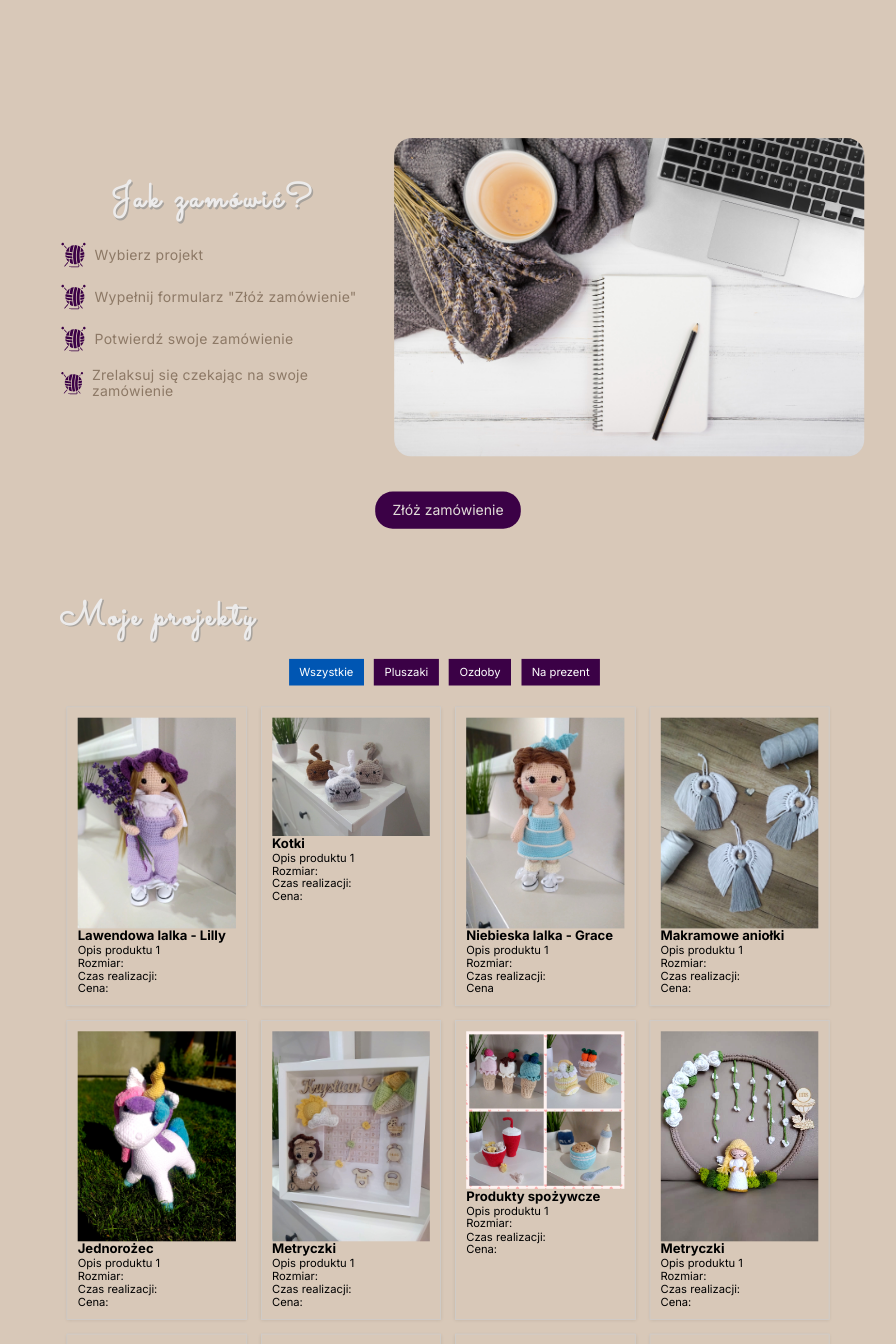
Repository: KlaudiaK0205/Craftoszet
Page: index.html
These files come from the project's save history. The page is drawn as it stood at one moment and after a run of saves; the edit follows.
The browser window is 1280 px wide. The pictures show the part of the page from y = 1585 to 3505 px (the page is 6056 px tall), at 70% of full size.
The pointer rests on the first visible `.filter-btn`.
Some web libraries are served in a nearby version. The style sheet was rebuilt from its Sass, Less or Tailwind sources for each picture, by a compiler version that may differ from the author's.

Above is the page before, as saved 2024-10-06 15:07:38.

### index.html
<!DOCTYPE html>
<html lang="en">
<head>
    <meta charset="UTF-8">
    <meta name="viewport" content="width=device-width, initial-scale=1.0">
    <title>Craftoszet</title>
    <!-- FAVICON -->
    <link rel="icon" href="./images/favicon.ico" type="image/x-icon">
    <link rel="icon" siezes="16x16" href="./images/favicon-16x16.png" type="image/png">
    <link rel="icon" siezes="32x32" href="./images/favicon-32x32.png" type="image/png">
    <!-- GOOGLE FONTS -->
    <link rel="preconnect" href="https://fonts.googleapis.com">
    <link rel="preconnect" href="https://fonts.gstatic.com" crossorigin>
    <link href="https://fonts.googleapis.com/css2?family=Inter:ital,opsz,wght@0,14..32,100..900;1,14..32,100..900&family=Sacramento&display=swap" rel="stylesheet">
    <!-- MODERN NORMALIZE -->
    <link rel="stylesheet" href="https://cdn.jsdelivr.net/npm/modern-normalize@3.0.1/modern-normalize.min.css">
    <!-- ANIMATE-->
    <link rel="stylesheet" href="https://cdnjs.cloudflare.com/ajax/libs/animate.css/4.1.1/animate.min.css"/>
    <!-- STYLES -->
    <link rel="stylesheet" href="./sass/main.css">
</head>
<body>
    <header>
        <div class="container">
            <div class="logo-box">
                <img class="logo-image" src="./images/logo.png" alt="a ball of wool">
            </div>
            <nav class="nav">
                <ul class="nav__list">
                    <li class="nav__list__item">
                        <a href="" class="nav__list__link">Home</a>
                    </li>
                    <li class="nav__list__item">
                        <a href="" class="nav__list__link">Czym się zajmuję?</a>
                    </li>
                    <li class="nav__list__item">
                        <a href="" class="nav__list__link">Jak zamówić?</a>
                    </li>
                    <li class="nav__list__item">
                        <a href="" class="nav__list__link">Moje projekty</a>
                    </li>
                </ul>
            </nav>

            <button class="orderBtn" type="button">Złóż zamówienie</button>
        </div>
    </header>

    <main>
        <section class="hero">
            <div class="container">
                <h1 class="hero__header">CRAFTOSZET</h1>
                <p class="hero__undertitle">Z pasji do włóczki – ręcznie tworzone z sercem</p>
                <button class="orderBtn" type="button">Złóż zamówienie</button>
            </div>
        </section>

        <section class="whatIDo">
            <div class="container">
                    <div class="whatIDo-images">
                        <img class="whatIDo-image" src="./images/projekty/fioletowa lalka.jpg" alt="fioletowa lalka z włóczki">
                        <img class="whatIDo-image" src="./images/projekty/króliczek.jpg" alt="króliczek w niebieskich spodenkach z włóczki">
                </div>
                <div class="whatIDo-description">
                    <h2 class="section-header">Czym się zajmuję?</h2>
                    <p class="section-text">Tworzę unikatowe, ręcznie robione ozdoby i maskotki na drutach, które łączą tradycję z nowoczesnym designem.
                        Każdy projekt powstaje z pasji i dbałości o najdrobniejsze detale.
                        Włóczka to mój materiał, z którego wyplatam radość i ciepło, tworząc wyjątkowe przedmioty, które cieszą nie tylko oko, ale również duszę.
                        Każda moja praca to małe dzieło sztuki, które wnosi do Twojego wnętrza niepowtarzalny klimat.
                        <p class="section-text2">Wierzę, że piękno tkwi w indywidualności i ręcznej pracy.</p>
                    <button class="orderBtn" type="button">Złóż zamówienie</button>
                </div>
            </div>
        </section>

        <section class="howOrder">
            <div class="container">
                <div>
                    <h2 class="section-header">Jak zamówić?</h2>
                    <ul class="howOrder__list">
                        <li class="howOrder__item">
                            <svg class="howOrder-icon">
                                <use href="./images/sprite.svg#icon-wool-ball"></use>
                            </svg>
                            Wybierz projekt
                        </li>
                        <li class="howOrder__item">
                            <svg class="howOrder-icon">
                                <use href="./images/sprite.svg#icon-wool-ball"></use>
                            </svg>
                            Wypełnij formularz "Złóż zamówienie"
                        </li>
                        <li class="howOrder__item">
                            <svg class="howOrder-icon">
                                <use href="./images/sprite.svg#icon-wool-ball"></use>
                            </svg>
                            Potwierdź swoje zamówienie
                        </li>
                        <li class="howOrder__item">
                            <svg class="howOrder-icon">
                                <use href="./images/sprite.svg#icon-wool-ball"></use>
                            </svg>
                            Zrelaksuj się czekając na swoje zamówienie
                        </li>
                    </ul>
                </div>
                <div>
                    <img class="howOrder-image" src="./images/howOrder.jpg" alt="">
                </div>

            </div>
            <button class="orderBtn" type="button">Złóż zamówienie</button>
        </section>

        <section class="myProjects">
            <div class="container">
                <h2 class="section-header">Moje projekty</h2>
                <div class="filters">
                    <button class="filter-btn" data-category="all">Wszystkie</button>
                    <button class="filter-btn" data-category="toys">Pluszaki</button>
                    <button class="filter-btn" data-category="decoration">Ozdoby</button>
                    <button class="filter-btn" data-category="gifts">Na prezent</button>
                </div>

                <div class="products">
                    <div class="product-card" data-category="toys">
                        <img class="productImg" src="./images/projekty/fioletowa lalka.jpg" alt="lilac wood doll Lilly">
                        <h3 class="productName">Lawendowa lalka - Lilly</h3>
                        <p class="description">Opis produktu 1</p>
                        <p class="size">Rozmiar:</p>
                        <p class="productionTime">Czas realizacji:</p>
                        <p class="price">Cena:</p>
                    </div>
                    <div class="product-card" data-category="toys">
                        <img class="productImg" src="./images/projekty/kotki.jpg" alt="wood cats">
                        <h3 class="productName">Kotki</h3>
                        <p class="description">Opis produktu 1</p>
                        <p class="size">Rozmiar:</p>
                        <p class="productionTime">Czas realizacji:</p>
                        <p class="price">Cena:</p>
                    </div>
                    <div class="product-card" data-category="toys">
                        <img class="productImg" src="./images/projekty/niebieska laleczka 2.jpg" alt="blue wool doll Grace">
                        <h3 class="productName">Niebieska lalka - Grace</h3>
                        <p class="description">Opis produktu 1</p>
                        <p class="size">Rozmiar:</p>
                        <p class="productionTime">Czas realizacji:</p>
                        <p class="price">Cena</p>
                    </div>
                    <div class="product-card" data-category="decoration">
                        <img class="productImg" src="./images/projekty/aniołki na choinę.jpg" alt="">
                        <h3 class="productName">Makramowe aniołki</h3>
                        <p class="description">Opis produktu 1</p>
                        <p class="size">Rozmiar:</p>
                        <p class="productionTime">Czas realizacji:</p>
                        <p class="price">Cena:</p>
                    </div>
                    <div class="product-card" data-category="toys">
                        <img class="productImg" src="./images/projekty/jednorożec.jpg" alt="uniqorn">
                        <h3 class="productName">Jednorożec</h3>
                        <p class="description">Opis produktu 1</p>
                        <p class="size">Rozmiar:</p>
                        <p class="productionTime">Czas realizacji:</p>
                        <p class="price">Cena:</p>
                    </div>
                    <div class="product-card" data-category="gifts">
                        <img class="productImg" src="./images/projekty/metryczka 1.jpg" alt="">
                        <h3 class="productName">Metryczki</h3>
                        <p class="description">Opis produktu 1</p>
                        <p class="size">Rozmiar:</p>
                        <p class="productionTime">Czas realizacji:</p>
                        <p class="price">Cena:</p>
                    </div>
                    <div class="product-card" data-category="toys">
                        <img class="productImg" src="./images/projekty/jedzenie.jpg" alt="">
                        <h3 class="productName">Produkty spożywcze</h3>
                        <p class="description">Opis produktu 1</p>
                        <p class="size">Rozmiar:</p>
                        <p class="productionTime">Czas realizacji:</p>
                        <p class="price">Cena:</p>
                    </div>
                    <div class="product-card" data-category="gifts">
                        <img class="productImg" src="./images/projekty/pamiątka komunii.jpg" alt="">
                        <h3 class="productName">Metryczki</h3>
                        <p class="description">Opis produktu 1</p>
                        <p class="size">Rozmiar:</p>
                        <p class="productionTime">Czas realizacji:</p>
                        <p class="price">Cena:</p>
                    </div>
                    <div class="product-card" data-category="gifts">
                        <img class="productImg" src="./images/projekty/lisek.jpg" alt="wool fox">
                        <h3 class="productName">Lisek Leon</h3>
                        <p class="description">Opis produktu 1</p>
                        <p class="size">Rozmiar:</p>
                        <p class="productionTime">Czas realizacji:</p>
                        <p class="price">Cena:</p>
                    </div>
                    <div class="product-card" data-category="toys">
                        <img class="productImg" src="./images/projekty/aniołek.jpg" alt="wool angel">
                        <h3 class="productName">Aniołek</h3>
                        <p class="description">Opis produktu 1</p>
                        <p class="size">Rozmiar:</p>
                        <p class="productionTime">Czas realizacji:</p>
                        <p class="price">Cena:</p>
                    </div>
                    <div class="product-card" data-category="toys">
                        <img class="productImg" src="./images/projekty/dinozaur.jpg" alt="">
                        <h3 class="productName">Dinozaur</h3>
                        <p class="description">Opis produktu 1</p>
                        <p class="size">Rozmiar:</p>
                        <p class="productionTime">Czas realizacji:</p>
                        <p class="price">Cena:</p>
                    </div>
                    <div class="product-card" data-category="toys">
                        <img class="productImg" src="./images/projekty/siedzący króliczek.jpg" alt="">
                        <h3 class="productName">Siedzący króliczek</h3>
                        <p class="description">Opis produktu 1</p>
                        <p class="size">Rozmiar:</p>
                        <p class="productionTime">Czas realizacji:</p>
                        <p class="price">Cena:</p>
                    </div>
                    <div class="product-card" data-category="toys">
                        <img class="productImg" src="./images/projekty/kurka.jpg" alt="">
                        <h3 class="Kurka Hania">Metryczki</h3>
                        <p class="description">Opis produktu 1</p>
                        <p class="size">Rozmiar:</p>
                        <p class="productionTime">Czas realizacji:</p>
                        <p class="price">Cena:</p>
                    </div>
                    <div class="product-card" data-category="toys">
                        <img class="productImg" src="./images/projekty/kurczaczek i pisanki.jpg" alt="">
                        <h3 class="productName">Kurczaczek i pisanki</h3>
                        <p class="description">Opis produktu 1</p>
                        <p class="size">Rozmiar:</p>
                        <p class="productionTime">Czas realizacji:</p>
                        <p class="price">Cena:</p>
                    </div>
                    <div class="product-card" data-category="toys">
                        <img class="productImg" src="./images/projekty/dziewczynka z jednorożcem.jpg" alt="">
                        <h3 class="productName">Lalka z jednorożcem</h3>
                        <p class="description">Opis produktu 1</p>
                        <p class="size">Rozmiar:</p>
                        <p class="productionTime">Czas realizacji:</p>
                        <p class="price">Cena:</p>
                    </div>
                    <div class="product-card" data-category="decoration">
                        <img class="productImg" src="./images/projekty/skrzat.jpg" alt="">
                        <h3 class="productName">Siedzący skrzat</h3>
                        <p class="description">Opis produktu 1</p>
                        <p class="size">Rozmiar:</p>
                        <p class="productionTime">Czas realizacji:</p>
                        <p class="price">Cena:</p>
                    </div>
                    <div class="product-card" data-category="toys">
                        <img class="productImg" src="./images/projekty/elfki.jpg" alt="">
                        <h3 class="productName">Elfy</h3>
                        <p class="description">Opis produktu 1</p>
                        <p class="size">Rozmiar:</p>
                        <p class="productionTime">Czas realizacji:</p>
                        <p class="price">Cena:</p>
                    </div>

                <div class="product-card" data-category="decoration">
                    <img class="productImg" src="./images/projekty/laleczka na choinkę.jpg" alt="">
                    <h3 class="productName">Czerwona laleczka na choinkę</h3>
                    <p class="description">Opis produktu 1</p>
                    <p class="size">Rozmiar:</p>
                    <p class="productionTime">Czas realizacji:</p>
                    <p class="price">Cena:</p>
                </div>
                <div class="product-card" data-category="decoration">
                    <img class="productImg" src="./images/projekty/laleczka na choinkę 2.jpg" alt="">
                    <h3 class="productName">Niebieska laleczka na choinkę</h3>
                    <p class="description">Opis produktu 1</p>
                    <p class="size">Rozmiar:</p>
                    <p class="productionTime">Czas realizacji:</p>
                    <p class="price">Cena:</p>
                </div>
                <div class="product-card" data-category="decoration">
                    <img class="productImg" src="./images/projekty/czerwone bombki.jpg" alt="">
                    <h3 class="productName">Zawieszki na choinkę</h3>
                    <p class="description">Opis produktu 1</p>
                    <p class="size">Rozmiar:</p>
                    <p class="productionTime">Czas realizacji:</p>
                    <p class="price">Cena:</p>
                </div>
                <div class="product-card" data-category="toys">
                    <img class="productImg" src="./images/projekty/mikołaj i pani mikołajowa.jpg" alt="">
                    <h3 class="productName">Mikołajkowa ekipa</h3>
                    <p class="description">Opis produktu 1</p>
                    <p class="size">Rozmiar:</p>
                    <p class="productionTime">Czas realizacji:</p>
                    <p class="price">Cena:</p>
                </div>
                <div class="product-card" data-category="toys">
                    <img class="productImg" src="./images/projekty/bałwanki.jpg" alt="">
                    <h3 class="productName">Bałwanek</h3>
                    <p class="description">Opis produktu 1</p>
                    <p class="size">Rozmiar:</p>
                    <p class="productionTime">Czas realizacji:</p>
                    <p class="price">Cena:</p>
                </div>
                <div class="product-card" data-category="toys">
                    <img class="productImg" src="./images/projekty/krasnale i choinka.jpg" alt="">
                    <h3 class="productName">Świąteczny zestaw</h3>
                    <p class="description">Opis produktu 1</p>
                    <p class="size">Rozmiar:</p>
                    <p class="productionTime">Czas realizacji:</p>
                    <p class="price">Cena:</p>
                </div>
                <div class="product-card" data-category="toys">
                    <img class="productImg" src="./images/projekty/jeż i żołędzie.jpg" alt="">
                    <h3 class="productName">Jeż i żołędzie</h3>
                    <p class="description">Opis produktu 1</p>
                    <p class="size">Rozmiar:</p>
                    <p class="productionTime">Czas realizacji:</p>
                    <p class="price">Cena:</p>
                </div>
                <div class="product-card" data-category="toys">
                    <img class="productImg" src="./images/projekty/króliczek.jpg" alt="">
                    <h3 class="productName">Króliczek</h3>
                    <p class="description">Opis produktu 1</p>
                    <p class="size">Rozmiar:</p>
                    <p class="productionTime">Czas realizacji:</p>
                    <p class="price">Cena:</p>
                </div>
                <div class="product-card" data-category="toys">
                    <img class="productImg" src="./images/projekty/owieczka.jpg" alt="">
                    <h3 class="productName">Owieczka Ola</h3>
                    <p class="description">Opis produktu 1</p>
                    <p class="size">Rozmiar:</p>
                    <p class="productionTime">Czas realizacji:</p>
                    <p class="price">Cena:</p>
                </div>
                <div class="product-card" data-category="toys">
                    <img class="productImg" src="./images/projekty/księżniczki disneya.jpg" alt="">
                    <h3 class="productName">Księżniczki Disney'a</h3>
                    <p class="description">Opis produktu 1</p>
                    <p class="size">Rozmiar:</p>
                    <p class="productionTime">Czas realizacji:</p>
                    <p class="price">Cena:</p>
                </div>
                <div class="product-card" data-category="gifts">
                    <img class="productImg" src="./images/projekty/maskotki.jpg" alt="">
                    <h3 class="productName">Piesek Cookie</h3>
                    <p class="description">Opis produktu 1</p>
                    <p class="size">Rozmiar:</p>
                    <p class="productionTime">Czas realizacji:</p>
                    <p class="price">Cena:</p>
                </div>
                <div class="product-card" data-category="gifts">
                    <img class="productImg" src="./images/projekty/harry potter team.jpg" alt="">
                    <h3 class="productName">Harry Potter Team</h3>
                    <p class="description">Opis produktu 1</p>
                    <p class="size">Rozmiar:</p>
                    <p class="productionTime">Czas realizacji:</p>
                    <p class="price">Cena:</p>
                </div>
                </div>
            </div>
        </section>
    </main>
    <footer></footer>
</body>
</html>

### sass/main.scss
@import './base/common';
@import './base/container';

@import './components/icons';
@import './components/logo';
@import './components/orderBtn';

@import './layout/header';
@import './layout/hero';
@import './layout/howOrder';
@import './layout/myProducts';
@import './layout/whatIDo';

@import './utils/variables';

### sass/base/_common.scss
body {
    font-family: var(--main-font);
    background-color: var(--bgColor);
    margin: 0;
    padding: 0;
}

h1,
h2,
h3,
h4,
h5,
h6 {
    margin: 0;
    padding: 0;
}

ul,
ol,
li {
    margin: 0;
    padding: 0;
    list-style: none;
}

a {
    text-decoration: none;
}

p {
    margin: 0;
    padding: 0;
}

img {
    display: block;
    max-width: 100%;
    height: auto;
}

button {
    cursor: pointer;
}

.list {
    list-style: none;
}

.link {
    text-decoration: none;
}

### sass/components/_icons.scss
.howOrder-icon {
    width: 40px;
    height: 40px;
    fill: var(--brandColor)
}

### sass/components/_orderBtn.scss
.orderBtn {
    font-size: 20px;
    color: var(--mainColor);
    background-color: var(--brandColor);
    border: none;
    border-radius: 25px;
    margin-left: auto;
    padding: 15px 25px;

    &:hover,
    :focus {
        animation: scale-up-center 0.5s cubic-bezier(0.390, 0.575, 0.565, 1.000) both;
    }
}

//animations
@keyframes scale-up-center {
    0% {
        transform: scale(1);
    }
    100% {
        transform: scale(1.2);
    }
}

### sass/layout/_myProducts.scss
.myProducts {

}

.myProducts .container {

}

.product-gallery {
    padding: 20px;
}

.filters {
    margin-bottom: 20px;
    text-align: center;
}

.filter-btn {
    margin-right: 10px;
    padding: 10px 15px;
    background-color: var(--brandColor);
    color: white;
    border: none;
    cursor: pointer;
}

.filter-btn:hover {
    background-color: #0056b3;
}

.products {
    display: flex;
    flex-wrap: wrap;
}

.product-card {
    border: 1px solid #ccc;
    padding: 15px;
    margin: 10px;
    width: calc(25% - 20px); /* 4 karty w wierszu */
    box-shadow: 0 2px 5px rgba(0, 0, 0, 0.1);
}

.productImg {
    width: 400px;
}

### sass/utils/_variables.scss
:root {
    --main-font: 'Inter' , sans-serif;
    --decorative-font: 'Sacramento', sans-serif;
    --textColor: #ECEBEB;
    --mainColor: #E2DDD9;
    --textShadow: #A8a39d;
    --sectionTextColor: #8D7966;
    --brandColor: #3B0146;
    --bgColor: #D8C8B8;
}

// #A8a39d
//#f8f1e9

Loaded but not shown: sass/layout/_whatIDo.scss (60 lines, source omitted); sass/base/_container.scss (35 lines, source omitted); sass/layout/_hero.scss (37 lines, source omitted); sass/components/_logo.scss (29 lines, source omitted); sass/layout/_howOrder.scss (38 lines, source omitted); sass/layout/_header.scss (38 lines, source omitted)

After the next 2 saves:
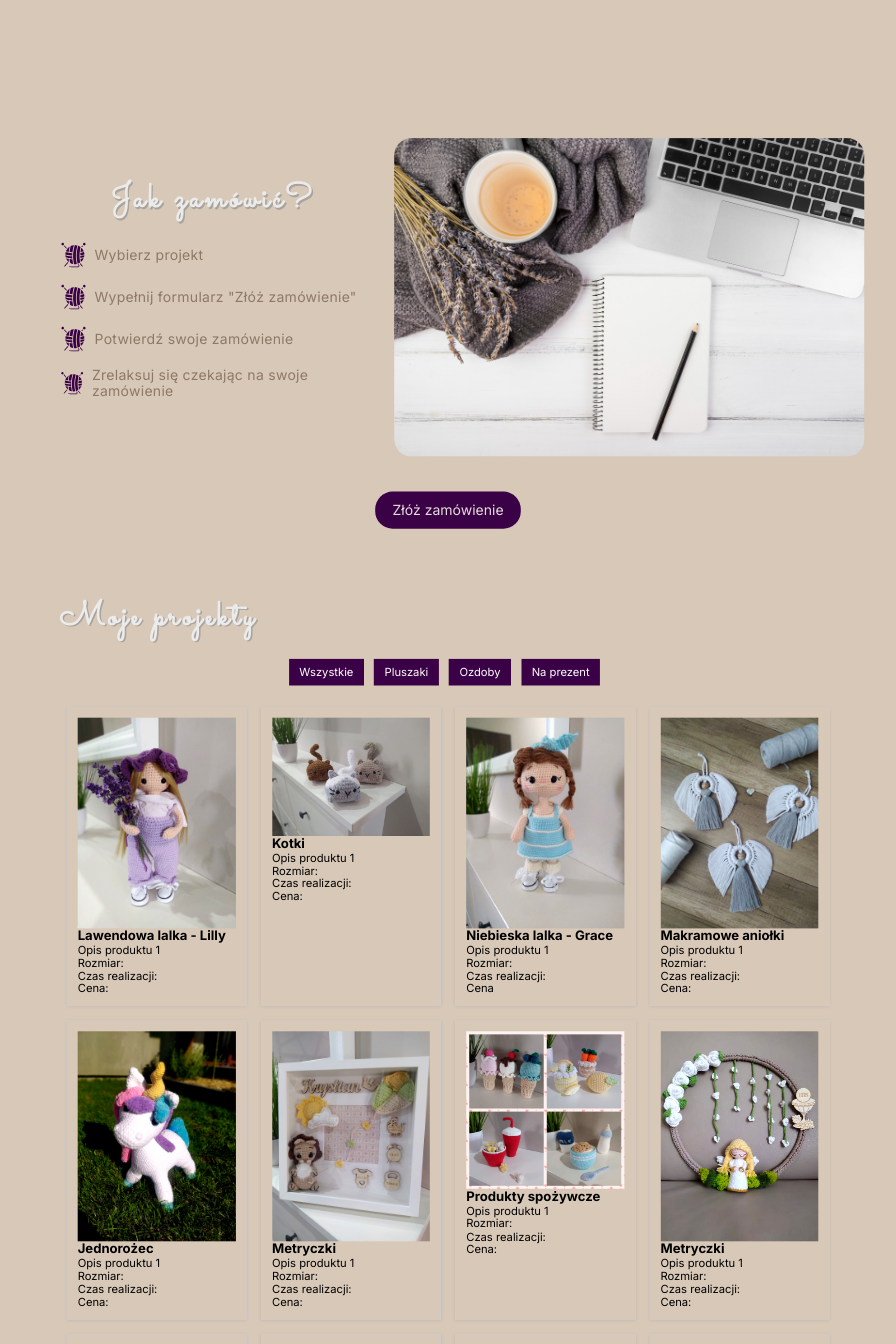
The 2 saves are shown as one change because they came seconds apart.
The last was saved 13 s later.
--- a/sass/layout/_myProducts.scss
+++ b/sass/layout/_myProducts.scss
@@ -25,7 +25,7 @@
 }
 
 .filter-btn:hover {
-    background-color: #0056b3;
+    background-color:var(--brandColor);
 }
 
 .products {
